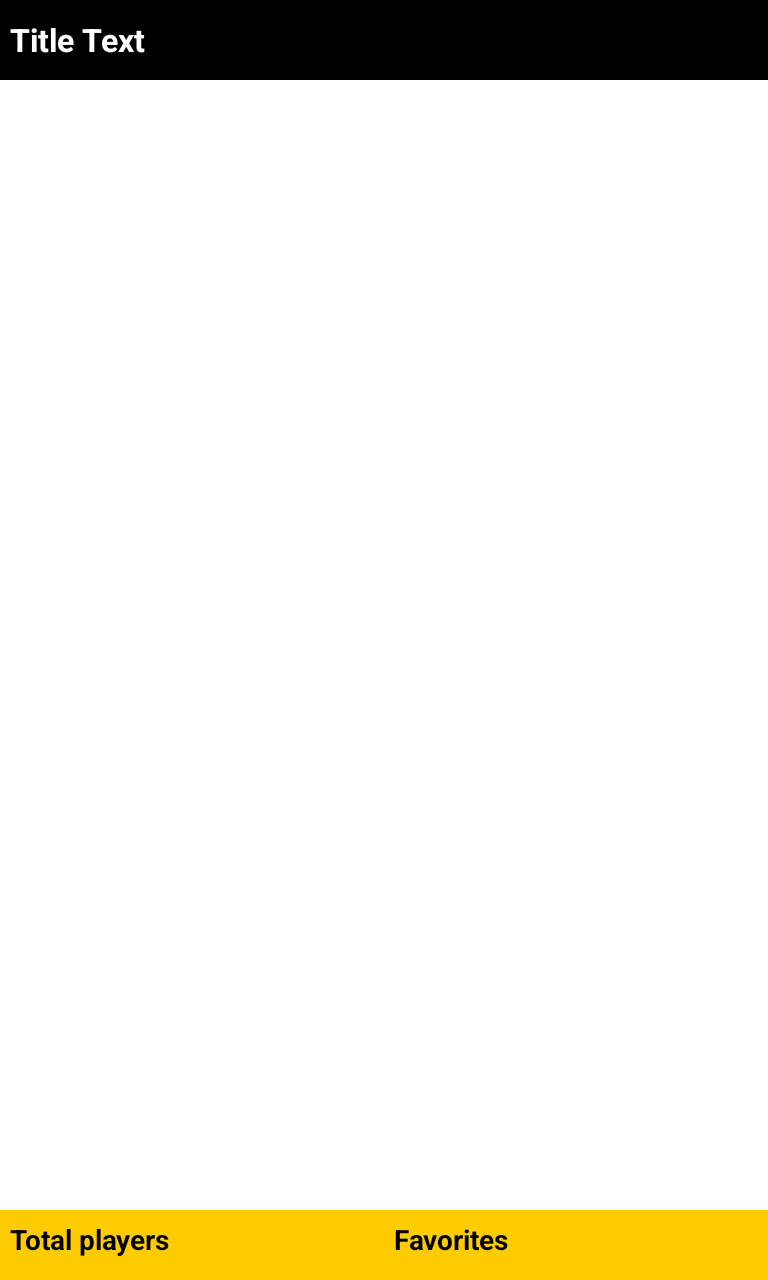
Repository: vinothsridhar/CrickBuzzChallenge
Layout: CricBuzzAndroidApp/res/layout/activity_base.xml
The author's editor kept a copy of each file at every save. The layout is drawn from the files as they stood at one save, then again after the next save.
It is drawn on a 768 x 1280 px phone screen (xhdpi) without system bars, with theme AppTheme; the app's code is not run.

Above is the layout before, as saved 2014-12-20 09:26:07.

After the next save:
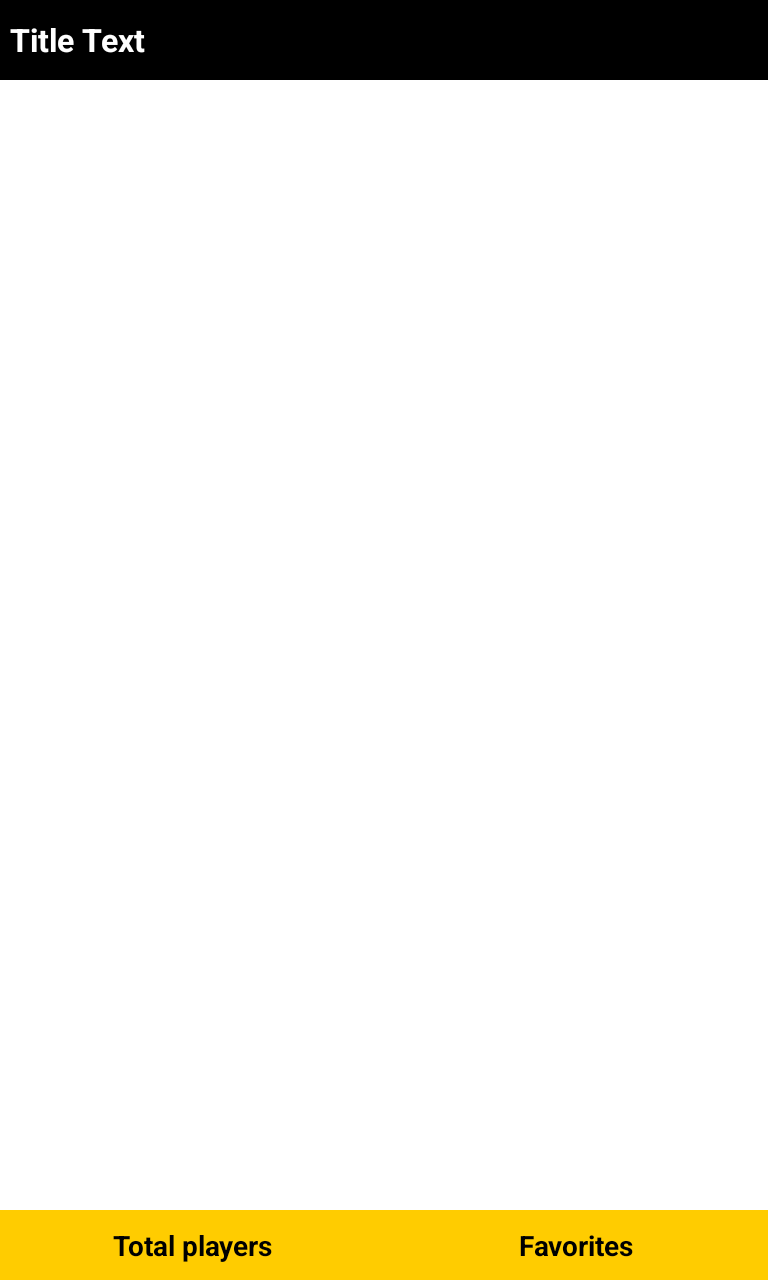
Saved 23 s later.
--- a/CricBuzzAndroidApp/res/values/styles.xml
+++ b/CricBuzzAndroidApp/res/values/styles.xml
@@ -29,6 +29,7 @@
         <item name="android:textColor">@color/black</item>
         <item name="android:background">@color/yellow</item>
         <item name="android:weightSum">2</item>
+        <item name="android:gravity">center</item>
     </style>
 
 </resources>
